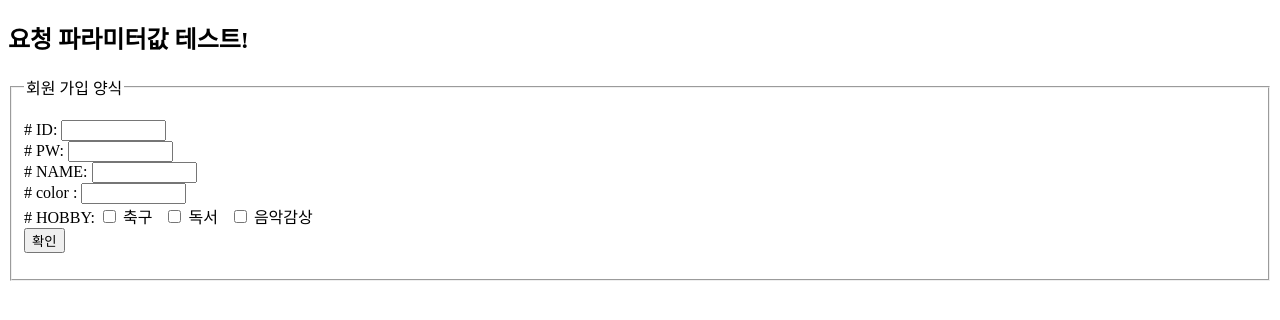
Repository: kitae1995/SCL-semi-project-
Page: http://localhost/SpringWebBasic/WEB-INF/views/request/join2.jsp
These files come from the project's save history. The page is drawn as it stood at one moment and after the next save; the edit follows.
The browser window is 1280 px wide. The pictures show the whole page.
The page is served by Tomcat 9. Nobody is signed in. The template is opened directly, without the code that normally fills it, so the values that code supplies are empty.

Above is the page before, as saved 2023-09-18 09:37:45.

After the next save:
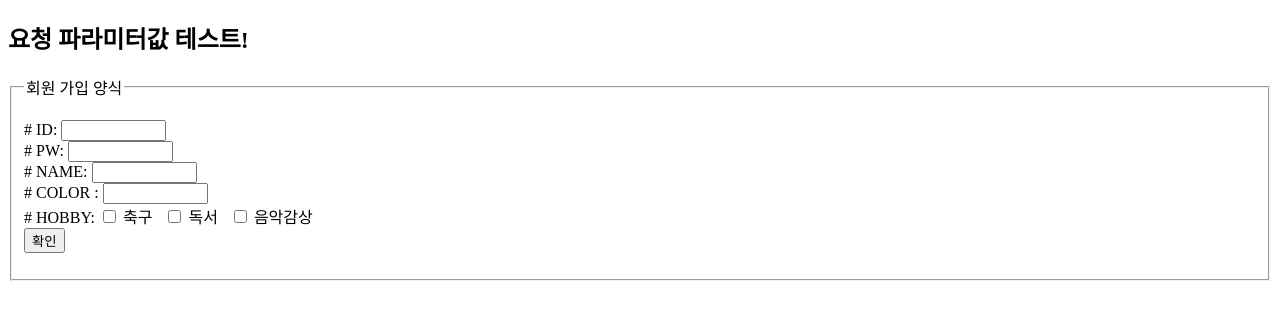
Saved 78 s later.
--- a/SpringWebBasic/src/main/webapp/WEB-INF/views/request/join2.jsp
+++ b/SpringWebBasic/src/main/webapp/WEB-INF/views/request/join2.jsp
@@ -17,7 +17,7 @@
                     # ID: <input type="text" name="userId" size="10"> <br>
                     # PW: <input type="password" name="userPw" size="10"> <br>
                     # NAME: <input type="text" name="userName" size="10"> <br>
-                    # color : <input type="text" name="color" size="10"> <br>
+                    # COLOR : <input type="text" name="color" size="10"> <br>
                     # HOBBY:
                     <input type="checkbox" name="hobby" value="soccer"> 축구 &nbsp;
                     <input type="checkbox" name="hobby" value="read"> 독서 &nbsp;
